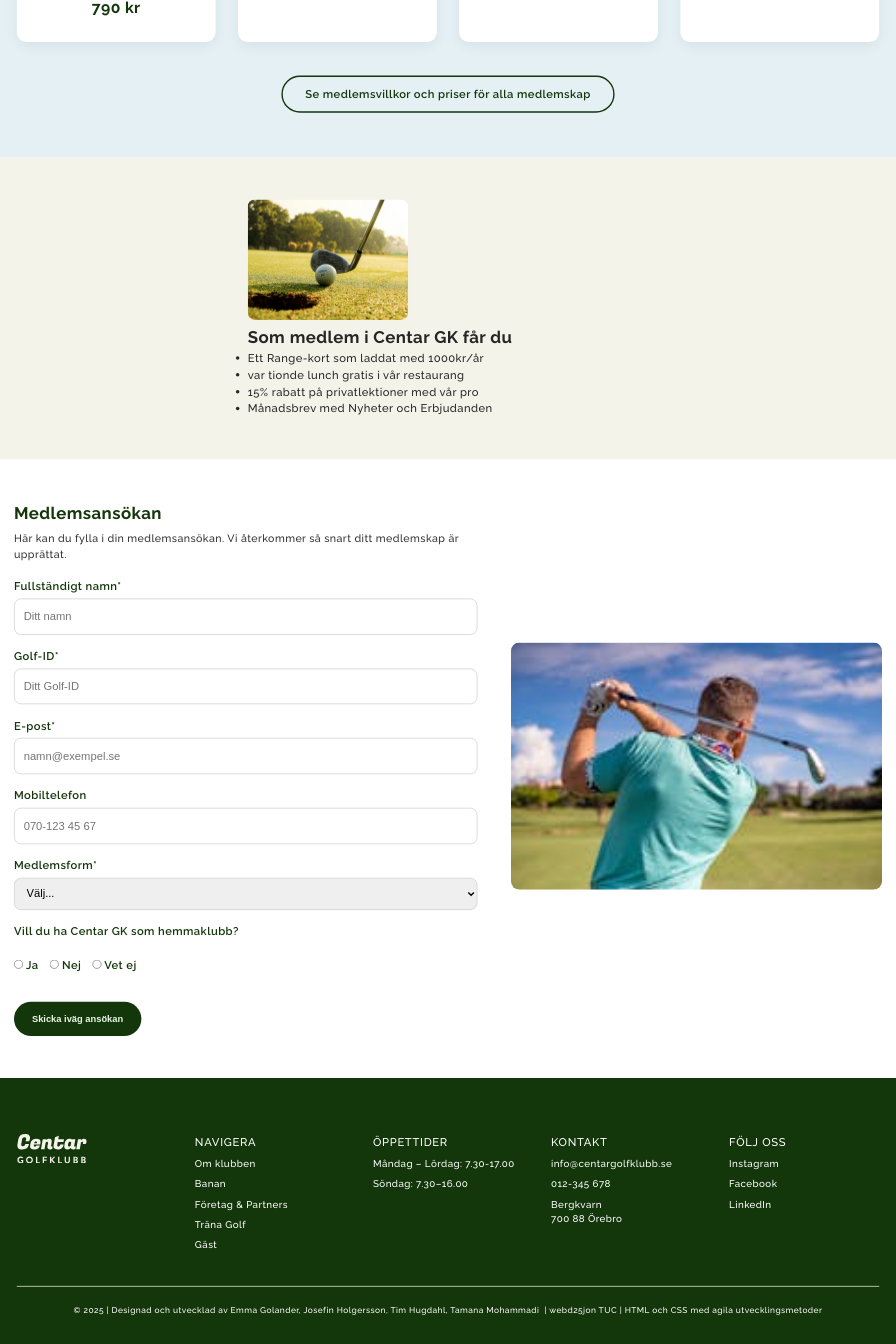
Repository: Tamana831/GolfklubbCentar
Page: Medlem.html
The author's editor kept a copy of each file at every save. The page is drawn from the files as they stood at one save, then again after the next save.
The browser window is 1280 px wide. The pictures show the part of the page from y = 760 to 2680 px (the page is 2680 px tall), at 70% of full size.

Above is the page before, as saved 2025-10-24 10:30:24.

After the next save:
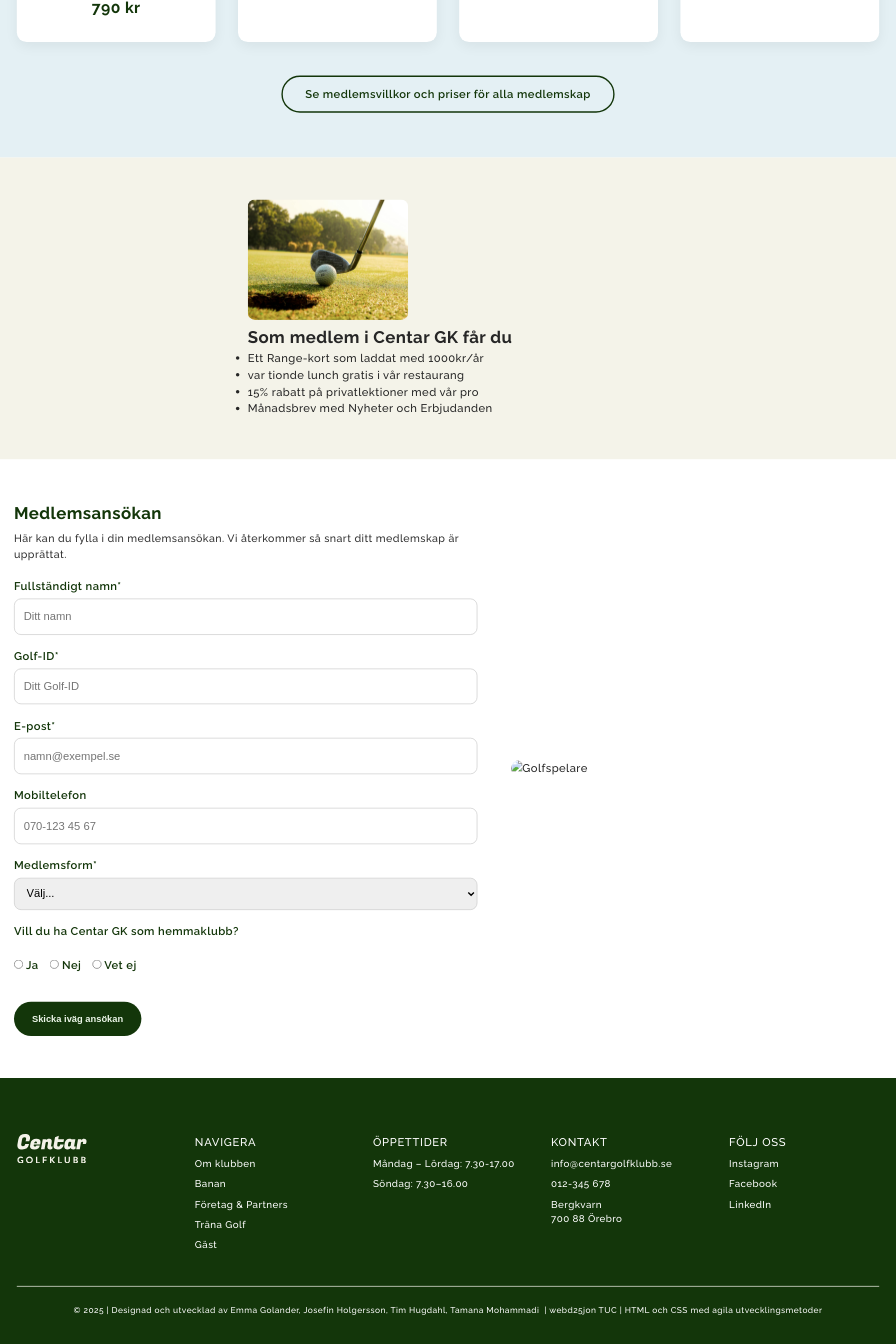
Not found: images/images/pexels-jopwell-1325751.jpg
Saved 24 h 9 min later.
--- a/Medlem.html
+++ b/Medlem.html
@@ -174,7 +174,7 @@
 
     <!-- BILD -->
     <div class="apply-image-side">
-      <img src="images/spelare.jpg" alt="Golfspelare">
+      <img src="images/images/pexels-jopwell-1325751.jpg" alt="Golfspelare">
     </div>
 
   </div>

After the save that followed:
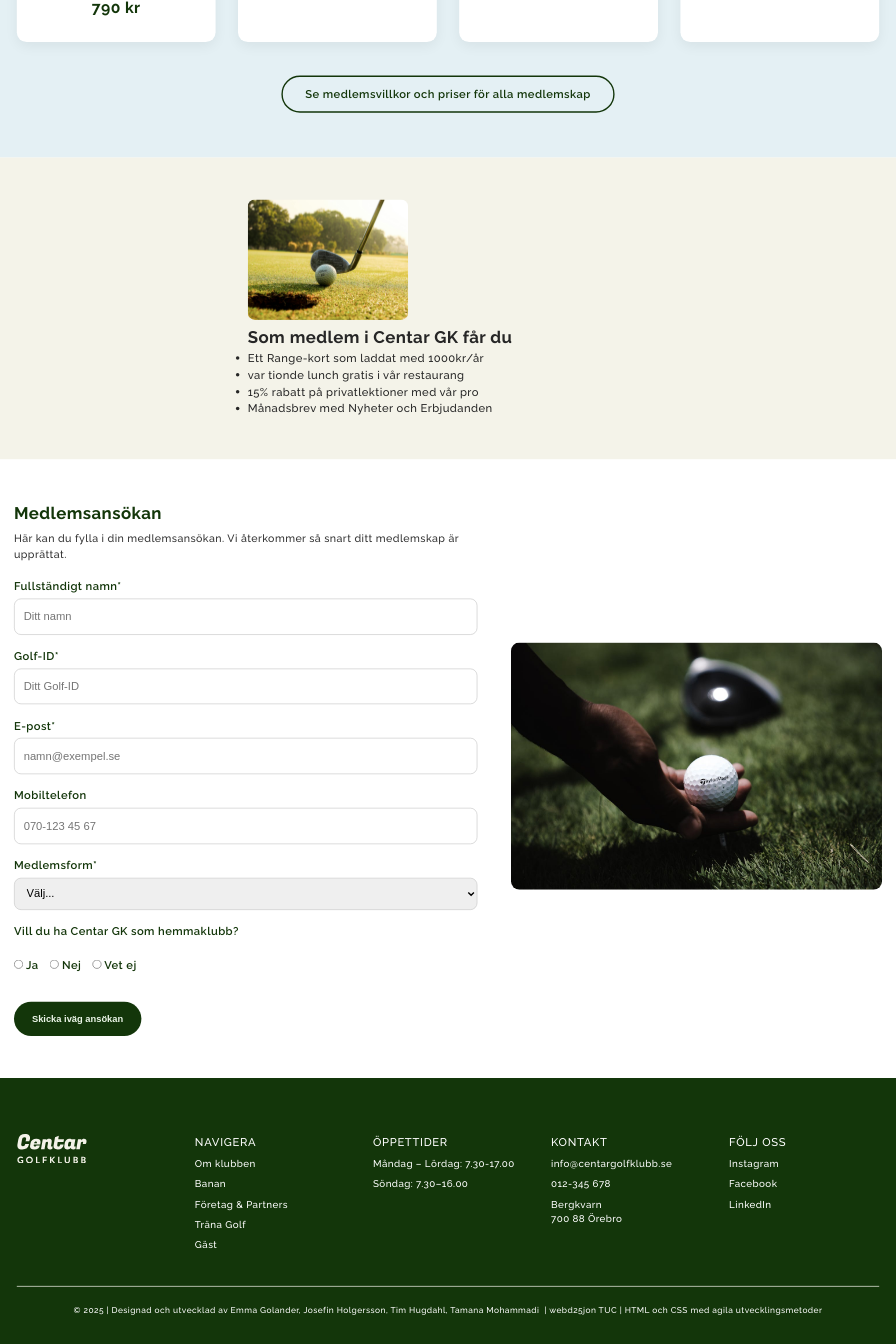
Saved 20 s later.
--- a/Medlem.html
+++ b/Medlem.html
@@ -174,7 +174,7 @@
 
     <!-- BILD -->
     <div class="apply-image-side">
-      <img src="images/images/pexels-jopwell-1325751.jpg" alt="Golfspelare">
+      <img src="images/pexels-jopwell-1325751.jpg" alt="Golfspelare">
     </div>
 
   </div>
